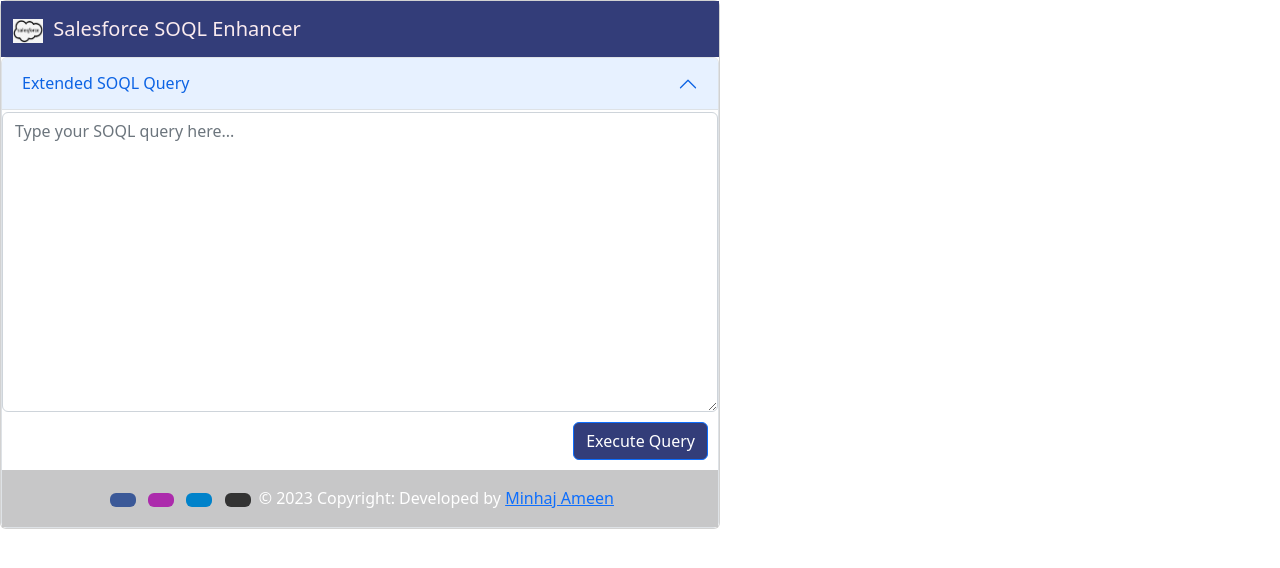
Repository: anweshpargi/salesforceExtension
Page: popup.html
These files come from the project's save history. The page is drawn as it stood at one moment and after the next save; the edit follows.
The browser window is 1280 px wide. The pictures show the whole page.

Above is the page before, as saved 2023-08-28 10:50:46.
Not found: js/jsforce.js

### popup.html
<!DOCTYPE html>
<html lang="en">

<head>
    <meta charset="UTF-8">
    <meta http-equiv="X-UA-Compatible" content="IE=edge">
    <meta name="viewport" content="width=device-width, initial-scale=1.0">
    <link rel="stylesheet" href="bootstrap/css/bootstrap.min.css">

    <script src="bootstrap/js/bootstrap.min.js" type="text/javascript"></script>
    <script src="js/jsforce.js" type="text/javascript"></script>
    <!-- JavaScript Bundle with Popper -->

    <title> Salesforce Test Class Data Generator</title>
</head>


<body style="width: 720px">
    <div class="card">
        <nav class="navbar" style="background-color: #333D79FF;">
            <div class="container-fluid">
                <a class="navbar-brand" style="color: #FAEBEFFF;" href="#">
                    <img src="/icon.png" alt="Logo" width="30" height="24" style="margin-right: 5px;"
                        class="d-inline-block">
                    Salesforce SOQL Enhancer
                </a>
            </div>
        </nav>

        <div class="accordion" id="accordionExample">
            <div class="accordion-item">
                <h2 class="accordion-header" id="headingOne">
                    <button class="accordion-button" type="button" data-bs-toggle="collapse"
                        data-bs-target="#collapseOne" aria-expanded="true" aria-controls="collapseOne">
                        Extended SOQL Query
                    </button>
                </h2>
                <div id="collapseOne" class="accordion-collapse collapse show" aria-labelledby="headingOne"
                    data-bs-parent="#accordionExample">

                    <div class="">
                        <textarea style="margin-top: 2px; height: 300px;" class="form-control"
                            placeholder="Type your SOQL query here..." id="floatingtextarea"></textarea>
                    </div>
                    <div style="text-align: right; margin: 10px;">
                        <span id="loader" style="display: none;">
                            <span class="spinner-border text-primary"  role="status"></span>
                            <span style="color: darkblue;"> &nbsp; Processing wait... </span>
                            <span style="color: darkblue;" id="count">  </span>&nbsp;
                        </span>
                        <span>
                            <button class="btn btn-success"  style="display: none;" id="downloadExcel" type="">Download Excel</button>
                        </span>
                        <button class="btn btn-primary" style="background-color: #333D79FF;"  id="getbutton" type="">Execute Query</button>
                    </div>
                </div>

                <div class="bg-light text-center text-white">

                    <div class="text-center p-3" style="background-color: rgba(0, 0, 0, 0.2);">

                    <a
                        class="btn text-white btn-floating m-1"
                        style="background-color: #3b5998;"
                        href="#!"
                        role="button"
                        ><i class="fab fa-facebook-f"></i
                      ></a>

                      <!-- Instagram -->
                      <a
                        class="btn text-white btn-floating m-1"
                        style="background-color: #ac2bac;"
                        href="#!"
                        role="button"
                        ><i class="fab fa-instagram"></i
                      ></a>

                      <!-- Linkedin -->
                      <a
                        class="btn text-white btn-floating m-1"
                        style="background-color: #0082ca;"
                        href="#!"
                        role="button"
                        ><i class="fab fa-linkedin-in"></i
                      ></a>
                      <!-- Github -->
                      <a
                        class="btn text-white btn-floating m-1"
                        style="background-color: #333333;"
                        href="#!"
                        role="button"
                        ><i class="fab fa-github"></i
                      ></a>
                      © 2023 Copyright: Developed by
                      <a class="S" href="https://www.instagram.com/_spartann__/"> Minhaj Ameen</a>
                    </div>

                </div>

            </div>
        </div>
    </div>

</body>
<script type="text/javascript" src="js/popup.js"></script>
<script type="text/javascript" src="js/xlsx.full.min.js"></script>

</html>

### js/popup.js
//store connection... con object
var conn = undefined;
var inputQuery = undefined;

console.log('popup js loaded succesfully')
document.querySelector('#getbutton').addEventListener('click', () => {
  console.log('XLSX ' + XLSX);
  console.log('method invoked on button click')
  chrome.tabs.query({ active: true, currentWindow: true }, (tabs) => {
    console.log('inside tabs query')
    var tab = tabs[0]
    var instanceUrl = tab.url.split('.')[0] + '.my.salesforce.com'
    console.log(tab)
    var domainUrl = new URL(tab.url)
    var sessionId = undefined
    if (
      tab.url &&
      (tab.url.includes('.lightning.force.com') ||
        tab.url.includes('.salesforce.com'))
    ) {
      var port = chrome.runtime.connect({ name: 'knockknock' })
      port.postMessage({ host: instanceUrl.replace('https://', '') })
      port.onMessage.addListener(function (msg) {
        console.log('response from backgroundjs' + msg.ssid)
        sessionId = msg.ssid
        if (sessionId) {
          console.log('session id received  ', sessionId)
          conn = new jsforce.Connection({
            serverUrl: instanceUrl,
            instanceUrl: instanceUrl,
            sessionId: sessionId,
            version: '50.0',
          }) //jsforce
          console.log('connection', conn)
          getQueryInput()
        } else {
          alert('Salesforce Session Not found')
        }
      })
    } else {
      alert(
        'Not a Salesforce Domain!, Keep Salesforce Tab Active and Run again',
      )
    }
  })
})

function getQueryInput() {
  try {
    if (conn) {
      inputQuery = document
        .querySelector('#floatingtextarea')
        .value.replace(/\s\s+/g, ' ')
        .trim()
      console.log('Input query by user >> ' + inputQuery)
      processQuery(inputQuery);
    } else {
      alert('Connection not available')
    }
  } catch (error) {
    alert('Something went wrong ' + error.name)
  }
}

var records = [];
var processedQueries = [];
var recordCount = 0;
var countElement = undefined;

async function processQuery(query) {
  countElement = document.getElementById('count');
  recordCount = 0;
  records = [];
  processedQueries = [];
  try {
    isDisableExecute(true);
    showDownloadExcel(false);
    showSpinner(true);
    var match = query.match(/\(([^)]+)\)/i)
    if (match && query.length > 4000) {
      console.log('match and lenght pass');
      var valuesString = match[1];
      console.log('valuesString>> ' + valuesString);
      var valuesList = valuesString.split(',');

      var batchSize = 100;

      for (let i = 0; i < valuesList.length; i += batchSize) {
        // Slice a batch of values
        var batch = valuesList.slice(i, i + batchSize);
        // Join batch values with commas to create a new values string
        var batchValuesString = batch.join(',');

        // Replace values within parentheses with the batch values
        var modifiedQuery = query.replace(valuesString, batchValuesString);
        //console.log('modifiedQurery  >>' + modifiedQuery);
        // Store the modified query in the processedQueries array
        processedQueries.push(modifiedQuery);
        console.log('count ' + i);
        await executeQueryToDatabase(modifiedQuery);
      }
      console.log('final records length ' + records.length);
      console.log('records stingify ' + JSON.stringify(records));
      showSpinner(false);
      showDownloadExcel(true);
      isDisableExecute(false);
      //return processedQueries;
      //executeQueryToDatabase(query);
    } else {
      executeQueryToDatabase(query);
      showSpinner(false);
      showDownloadExcel(true);
      isDisableExecute(false);
    }
  } catch (error) {
    showSpinner(false);
    isDisableExecute(false);
    showDownloadExcel(false);
    alert(error.name)
    console.log(error)
  }
}

async function executeQueryToDatabase(inputQuery) {
  console.log('modified Query ' + inputQuery);
  var query = await conn
    .query(inputQuery)
    .on('record', function (record) {
      // console.log('@@ records push' + record.length)
      ++recordCount;
      console.log('@@@ ' + recordCount);
      countElement.innerHTML = recordCount;
      let { attributes, ...rec } = record;
      records.push(rec);
      // console.log('records output' + records)
    })
    .on('end', function () {
      console.log('@@ total in database : ' + query.totalSize)
      console.log('@@ total fetched : ' + query.totalFetched)
    })
    .on('error', function (err) {
      alert('ERROR NAME: ' + err.name)
      console.error(err)
    })
    .run({ autoFetch: true, maxFetch: 100000 })
}


document.querySelector('#downloadExcel').addEventListener('click', function() {
  console.log('clicked button excel');
  const exportButton = document.getElementById('downloadExcel');
  console.log('exportButton  ' + exportButton);
  console.log('XLSX' + XLSX);

  // const data = [
  //   { Name: 'John', Age: 30 },
  //   { Name: 'Jane', Age: 25 }
  // ];


  const ws = XLSX.utils.json_to_sheet(records);
  const wb = XLSX.utils.book_new();
  XLSX.utils.book_append_sheet(wb, ws, 'Sheet1');

  // Convert the workbook to an ArrayBuffer
  const wbArrayBuffer = XLSX.write(wb, { bookType: 'xlsx', type: 'array' });

  // Create a Blob from the ArrayBuffer
  const blob = new Blob([wbArrayBuffer], {
    type: 'application/vnd.openxmlformats-officedocument.spreadsheetml.sheet'
  });

    const url = URL.createObjectURL(blob);

    const a = document.createElement('a');
    a.href = url;
    const currentDatetime = new Date().toISOString().replace(/[-:.]/g, '');

    const encodedFileName = encodeURIComponent(`exported_data_${currentDatetime}.xlsx`);

    a.download = encodedFileName;
    a.click();

    // Clean up
    setTimeout(function() {
      URL.revokeObjectURL(url);
    }, 0);
    alert(`${encodedFileName} downloaded succefully`);
});

function showSpinner(isShow){
  if(isShow){
    console.log('isshowspinner true');
    document.getElementById('loader').style.display = "inline";
  }else{
    document.getElementById('loader').style.display = "none";
  }
}

function showDownloadExcel(isShow){
  if(isShow){
    document.getElementById('downloadExcel').style.display = "inline";
  }else{
    document.getElementById('downloadExcel').style.display = "none";
  }
}

function isDisableExecute(isDisable){
    document.getElementById('getbutton').disabled = isDisable;
}

Loaded but not shown: bootstrap/css/bootstrap.min.css (library); bootstrap/js/bootstrap.min.js (library); js/xlsx.full.min.js (library)

After the next save:
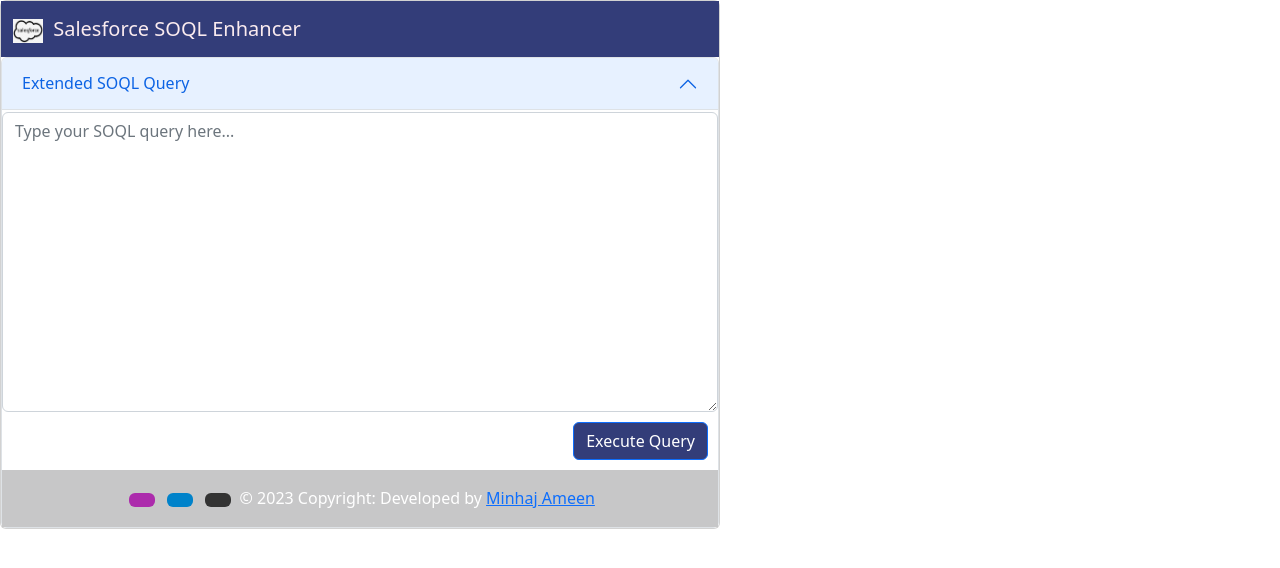
Saved 17 s later.
--- a/popup.html
+++ b/popup.html
@@ -59,19 +59,12 @@
 
                     <div class="text-center p-3" style="background-color: rgba(0, 0, 0, 0.2);">
 
-                    <a
-                        class="btn text-white btn-floating m-1"
-                        style="background-color: #3b5998;"
-                        href="#!"
-                        role="button"
-                        ><i class="fab fa-facebook-f"></i
-                      ></a>
 
                       <!-- Instagram -->
                       <a
                         class="btn text-white btn-floating m-1"
                         style="background-color: #ac2bac;"
-                        href="#!"
+                        href="https://www.instagram.com/_spartann__/"
                         role="button"
                         ><i class="fab fa-instagram"></i
                       ></a>
